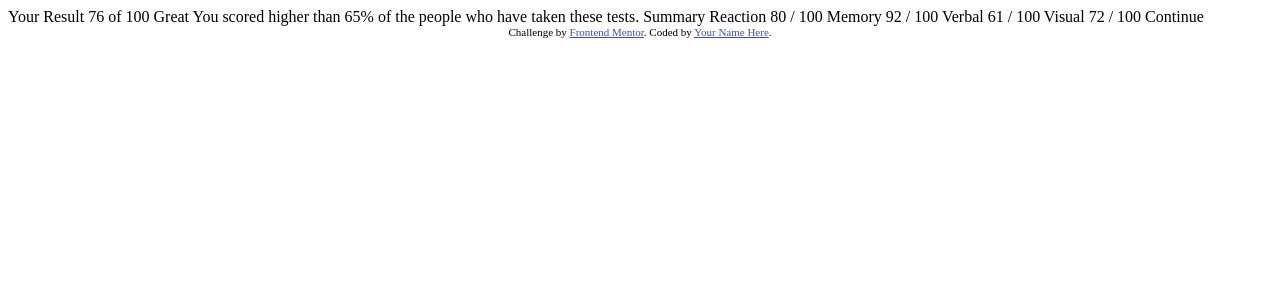
Repository: cipdanila/results-summary-component
Page: index.html
These files come from the project's save history. The page is drawn as it stood at one moment and after the next save; the edit follows.
The browser window is 1280 px wide. The pictures show the whole page.

Above is the page before, as saved 2024-02-01 19:51:05.

After the next save:
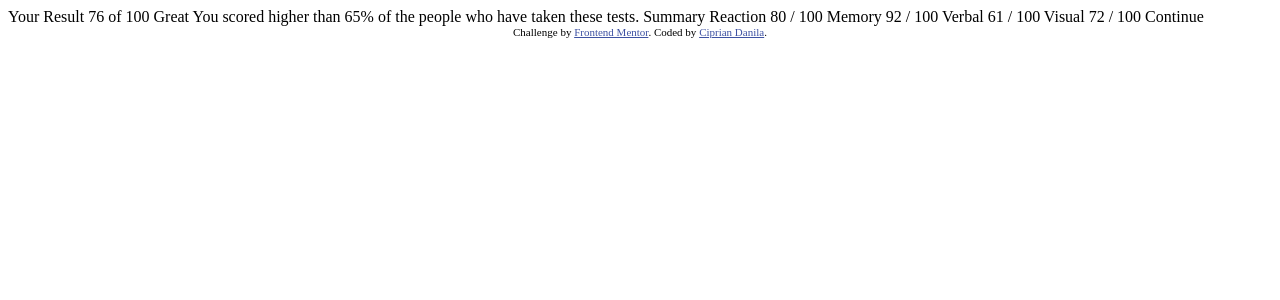
Saved 48 s later.
--- a/index.html
+++ b/index.html
@@ -34,9 +34,16 @@
 
   Continue
 
-  <div class="attribution">
-    Challenge by <a href="https://www.frontendmentor.io?ref=challenge" target="_blank">Frontend Mentor</a>.
-    Coded by <a href="#">Your Name Here</a>.
-  </div>
+  <footer>
+    <div class="attribution">
+        Challenge by
+        <a
+            href="https://www.frontendmentor.io/challenges/nft-preview-card-component-SbdUL_w0U"
+            target="_blank"
+            rel="noopener noreferer"
+            >Frontend Mentor</a
+        >. Coded by <a href="https://github.com/cipdanila" target="_blank" rel="noopener noreferer">Ciprian Danila</a>.
+    </div>
+</footer>
 </body>
 </html>
